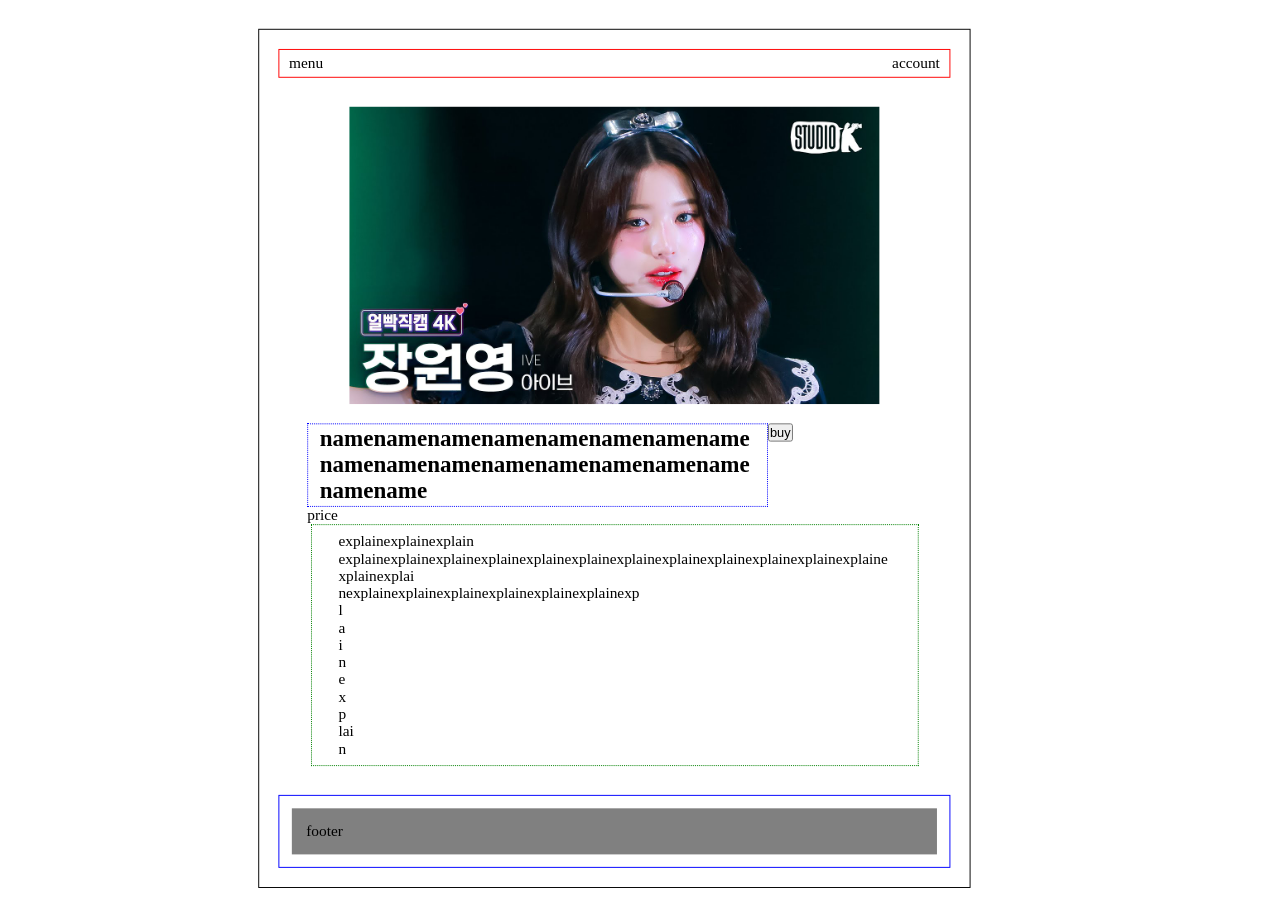
Repository: dongwoon1/cal
Page: http://localhost/calDWC/view.jsp
An editor plug-in stored every save of this project. The page is shown before and after the next save, followed by the edit.
The browser window is 1280 px wide. The page is 1280 px wide, then 1328 px, so the pictures cover 1328 px, including what lies to the right of the window. The pictures show the whole page, at 96% of full size.
The page is served by Tomcat 9.

Above is the page before, as saved 2025-03-20 02:18:55.

### calProject/calDWC/src/main/webapp/view.jsp
<%@ page language="java" contentType="text/html; charset=UTF-8"
    pageEncoding="UTF-8"%>
<!DOCTYPE html>
<html>

	<head>
		<meta charset="UTF-8">
		<title>バイバイハンバイ</title>
		<link href="css/main.css" rel="stylesheet">
		<link href="css/view.css" rel="stylesheet">
	</head>

	<body>
	<main>

		<header>
		   	<span>menu</span>
		   	<span>account</span>
			<!--
			 <na>
				<li>outer</li>
				<li>shirts</li>
				<li>pants</li>
				<li>shoes</li>
				<li>accessories</li>
				<li>account</li>
			 </ul>
		    -->
	  	</header>

		<section>
			<div class="view-container">

				<div class="img-box">
					<img src="img/wonyoung_main.jpg" alt="">
				</div>

				<div class="content-box">
					<div>
						<div><h2>namenamenamenamenamenamenamenamenamenamenamenamenamenamenamenamenamename</h2></div>
						<div>
							<p>price</p>
						</div>
					</div>

					<div>
						<button>buy</button>
					</div>

					<div>
						<p>explainexplainexplain
							explainexplainexplainexplainexplainexplainexplainexplainexplainexplainexplainexplainexplainexplai
							nexplainexplainexplainexplainexplainexplainexp
							l
							a
							i
							n
							e
							x
							p
							lai
							n</p>
					</div>
				</div>

			</div>
	  	</section>

		<footer>
		 	<div>footer</div>
		</footer>

	</main>
	</body>

</html>

### calProject/calDWC/src/main/webapp/css/main.css
@charset "UTF-8";

*{
	  padding: 0; margin: 0;
}

main{
    margin: 30px auto;
    padding: 20px;
    width: 700px;
     	border: 1px solid black;
}

header{
	display: flex;
	justify-content: space-between;
	 	border: 1px solid red;
}

header span{
 	padding: 5px 10px;
}

section{
	padding: 30px;
}

.middle-container{
	padding: 12px 8px;
}

footer{
 	padding: 13px;
  		border: 1px solid blue;
}

footer div{
 	background: gray;
    padding: 15px;
}

### calProject/calDWC/src/main/webapp/css/view.css
@charset "UTF-8";

.view-container{
	width: 100%;
}

.img-box{
    text-align: center;
    height: 310px;
    overflow: hidden;
}

img{
	height: 100%;
}

.content-box{
	padding-top: 20px;
	display: flex;
	flex-wrap: wrap;
	justify-content: space-around;
}


/*
.content-box > div:first-of-type {
		border:1px dotted red;
    padding: 4px;
}

.content-box > div:first-of-type h2 {
	word-wrap: break-word;
}



.content-box > div:nth-of-type(2) {
    padding: 8px 14px;
		border:1px dotted blue;
}
 */


.content-box > div:first-of-type{
	width: 75%;
}

.content-box > div:first-of-type h2{
	padding : 2px 12px;
	word-wrap: break-word;
		border:1px dotted blue;
}

.price-box p{
	padding : 2px 12px;
		border:1px dotted yellow;
}


.content-box > div:nth-of-type(2){
	width: 25%;
}



.content-box > div:last-of-type {
    padding: 8px 28px;
	width: 575px;
	height: 65%;
		border:1px dotted green;

}

.content-box > div:last-of-type p {
	word-wrap: break-word;
    white-space: pre-line;
}

After the next save:
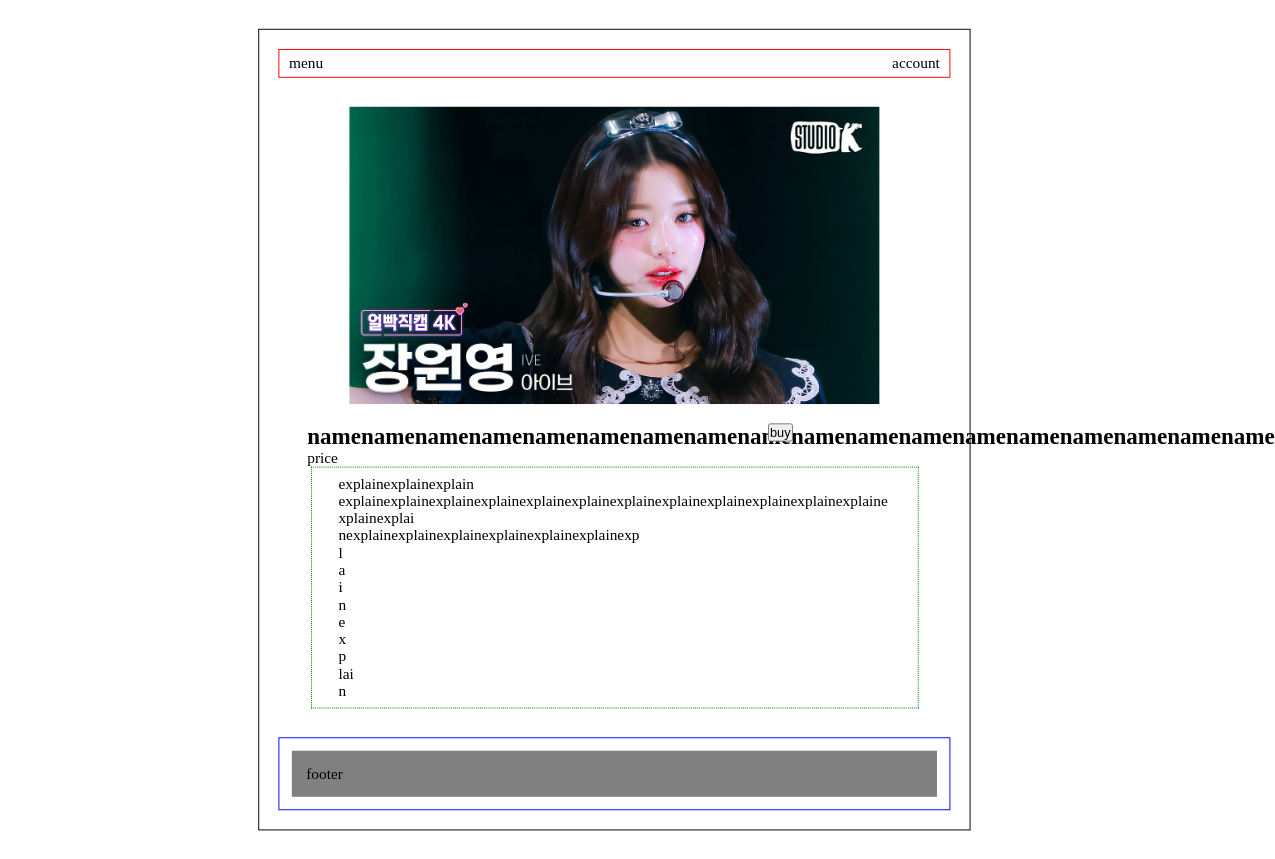
Saved 8 s later.
--- a/calProject/calDWC/src/main/webapp/css/view.css
+++ b/calProject/calDWC/src/main/webapp/css/view.css
@@ -45,7 +45,7 @@
 	width: 75%;
 }
 
-.content-box > div:first-of-type h2{
+.name-box h2{
 	padding : 2px 12px;
 	word-wrap: break-word;
 		border:1px dotted blue;
